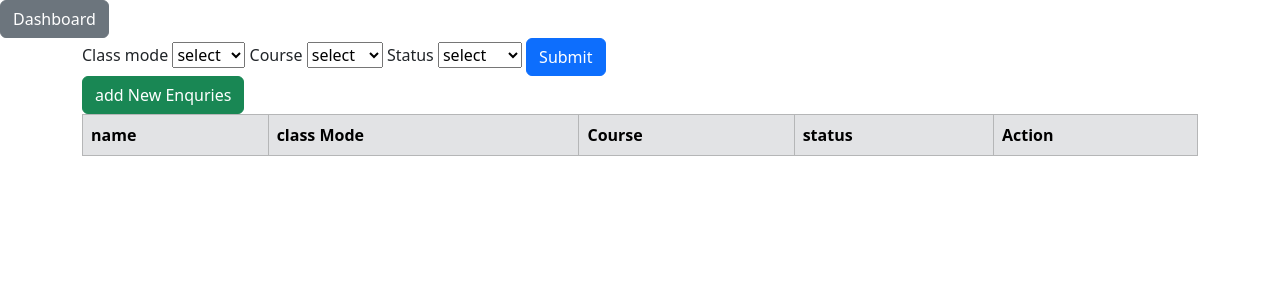
Repository: SaiKumarMupparapu/mini_projects
Page: http://localhost/list
These files come from the project's save history. The page is drawn as it stood at one moment and after the next save; the edit follows.
The browser window is 1280 px wide. The pictures show the whole page.
The page is this project's Thymeleaf template; nobody is signed in. The template is opened directly, without the code that normally fills it, so the values that code supplies are empty.

Above is the page before, as saved 2024-04-02 14:07:26.

After the next save:
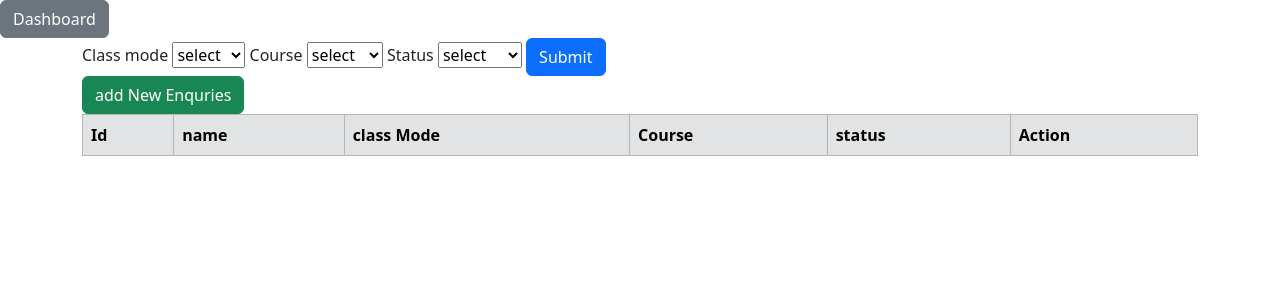
Saved 3 min 8 s later.
--- a/Counsellors_portal/src/main/resources/templates/list.html
+++ b/Counsellors_portal/src/main/resources/templates/list.html
@@ -48,6 +48,7 @@
 		<table class="table table-bordered table-secondary table-hover">
 			<thead>
 				<tr>
+					<th>Id</th>
 					<th>name</th>
 					<th>class Mode</th>
 					<th>Course</th>
